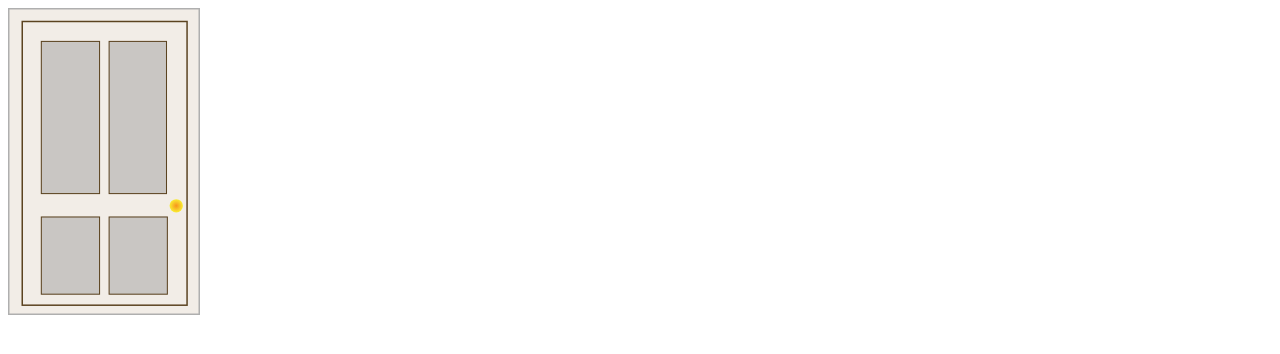
Repository: dnguyen130/HelpAHomieV3
Page: index.html
These files come from the project's save history. The page is drawn as it stood at one moment and after a run of saves; the edit follows.
The browser window is 1280 px wide. The pictures show the whole page.

Above is the page before, as saved 2021-03-10 18:27:06.

After the next 2 saves:
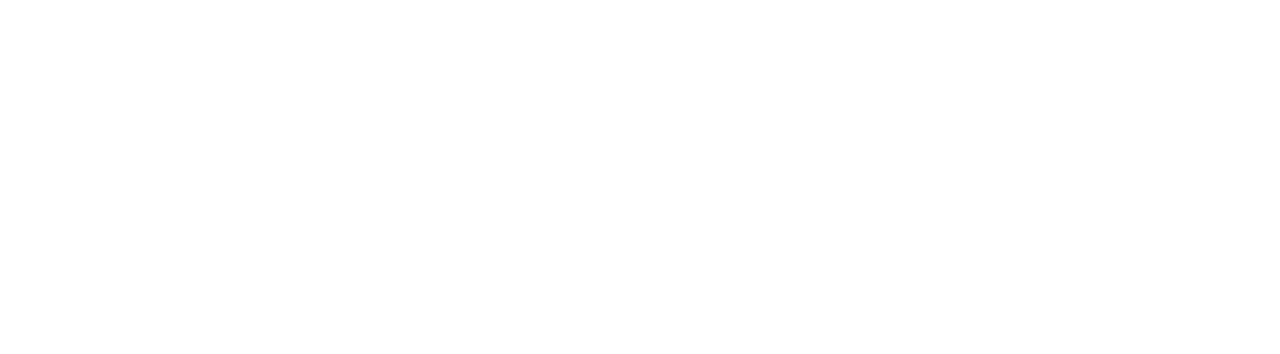
The 2 saves are shown as one change because they came seconds apart.
The last was saved 16 s later.
--- a/comps/Door/index.js
+++ b/comps/Door/index.js
@@ -4,7 +4,9 @@
             width: 12rem;
             height: 24rem;
         ">
-            <div style>
+            <div style="
+            ">
+            </div
             <img
             src="${image}"
             onmouseover="this.src='${hoverimage}'"

After the save that followed:
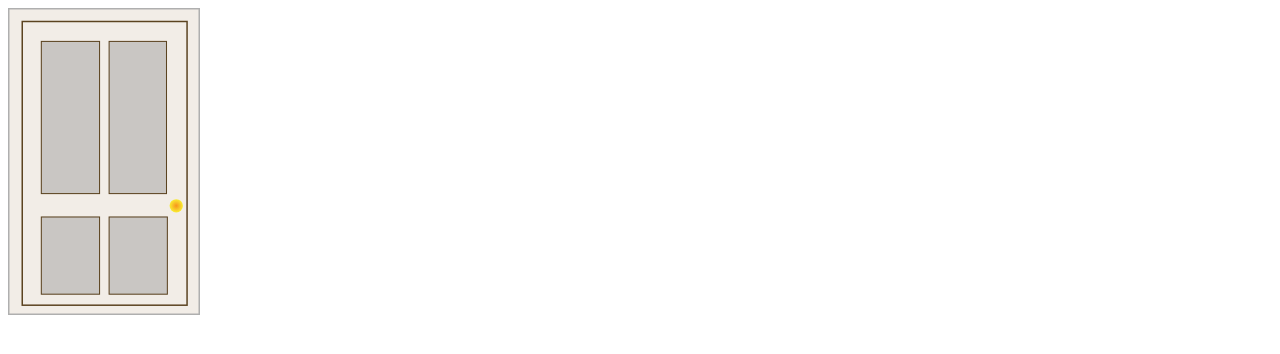
Saved 3 min 51 s later.
--- a/comps/Door/index.js
+++ b/comps/Door/index.js
@@ -6,7 +6,7 @@
         ">
             <div style="
             ">
-            </div
+            </div>
             <img
             src="${image}"
             onmouseover="this.src='${hoverimage}'"
